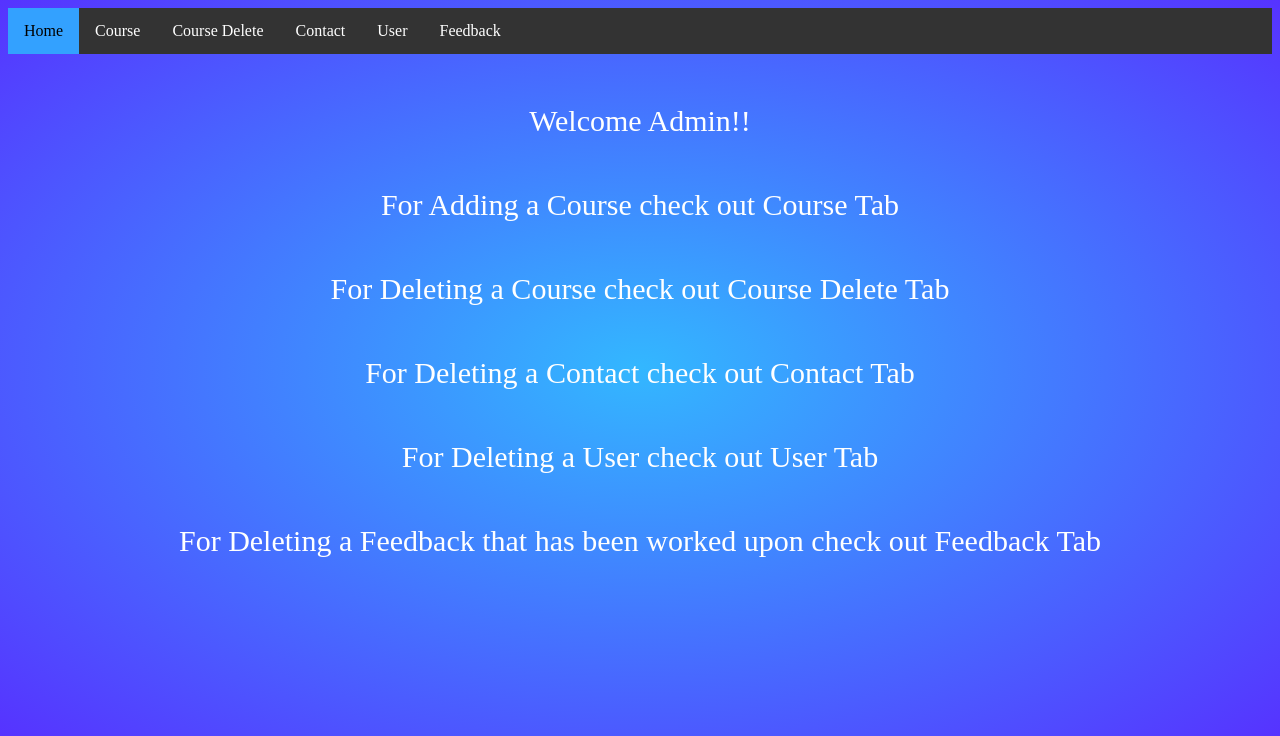
Repository: ShreyasG27/Amdocs-Training
Page: http://localhost/elearning-frontend/afterloginadm.jsp
These files come from the project's save history. The page is drawn as it stood at one moment and after the next save; the edit follows.
The browser window is 1280 px wide. The pictures show the whole page.
The page is served by Tomcat 9. Nobody is signed in. The application's start-up code is not run. Other server files are loaded and not shown.

Above is the page before, as saved 2021-08-22 19:57:24.

### elearning-frontend/WebContent/afterloginadm.jsp
<%@ page language="java" contentType="text/html; charset=ISO-8859-1"
    pageEncoding="ISO-8859-1"%>
<!DOCTYPE html PUBLIC "-//W3C//DTD HTML 4.01 Transitional//EN" "http://www.w3.org/TR/html4/loose.dtd">
<html>
<head>
<meta http-equiv="Content-Type" content="text/html; charset=ISO-8859-1">
<title>Admin Page</title>
<style>
body{
	background-image: radial-gradient(#33B7FF,#5633ff);
	color: white;
	height: 100vh;
}
.heading{
font-size:30px;
margin-top: 50px;
}
.submitbutton{
	margin-left:460px;
	padding:8px;
	font-size:20px;
	color: midnightblue;
	background-color:lightblue;
	border-radius:5px;
	margin-top: 20px;
}
.submitbutton:hover{
	margin-left:460px;
	padding:8px;
	font-size:20px;
	color: midnightblue;
	background-color:cyan;
	border-radius:5px;
	margin-top: 20px;
}
.inputfld{
	margin-left: 430px;
	padding: 5px;
	broder-radius:10px;
	font-size:12px;
	width:30%;
}
.inputfld1{
	margin-left: 420px;
	padding: 5px;
	broder-radius:10px;
	font-size:12px;
	width:30%;
}
.inputfld2{
	margin-left: 438px;
	padding: 5px;
	broder-radius:10px;
	font-size:12px;
	width:30%;
}
.txtfld{
	font-size:20px;
	margin-left:440px;
}
ul {
  list-style-type: none;
  margin: 0;
  padding: 0;
  overflow: hidden;
  background-color: #333;
  width:100%;
}

li {
  float: left;
}

li a {
  display: block;
  color: white;
  text-align: center;
  padding: 14px 16px;
  text-decoration: none;
}

li a:hover:not(.active) {
  background-color: #111;
}

.active {
  background-color: #33A1FF;
  color: black;
}
</style>
</head>
<body>
<ul>
  <li><a class="active" href="afterloginadm.jsp">Home</a></li>
  <li><a href="course.jsp">Course</a></li>
  <li><a href="coursedisp.jsp">Course Delete</a></li>
  <li><a href="contactdisplay.jsp">Contact</a></li>
  <li><a href="userdisplay.jsp">User</a></li>
  <li><a href="feedbackdisplay.jsp">Feedback</a></li>
</ul>

<center><p class="heading">Welcome Admin!!</p></center>
<center><p class="heading">For Adding a Course check out Course Tab</p></center>
<center><p class="heading">For Deleting a Course check out Course Delete Tab</p></center>
<center><p class="heading">For Deleting a Contact check out Contact Tab</p></center>
<center><p class="heading">For Deleting a User check out User Tab</p></center>
<center><p class="heading">For Deleting a Feedback that has been worked upon check out Feedback Tab</p></center>
</body>
</html>

After the next save:
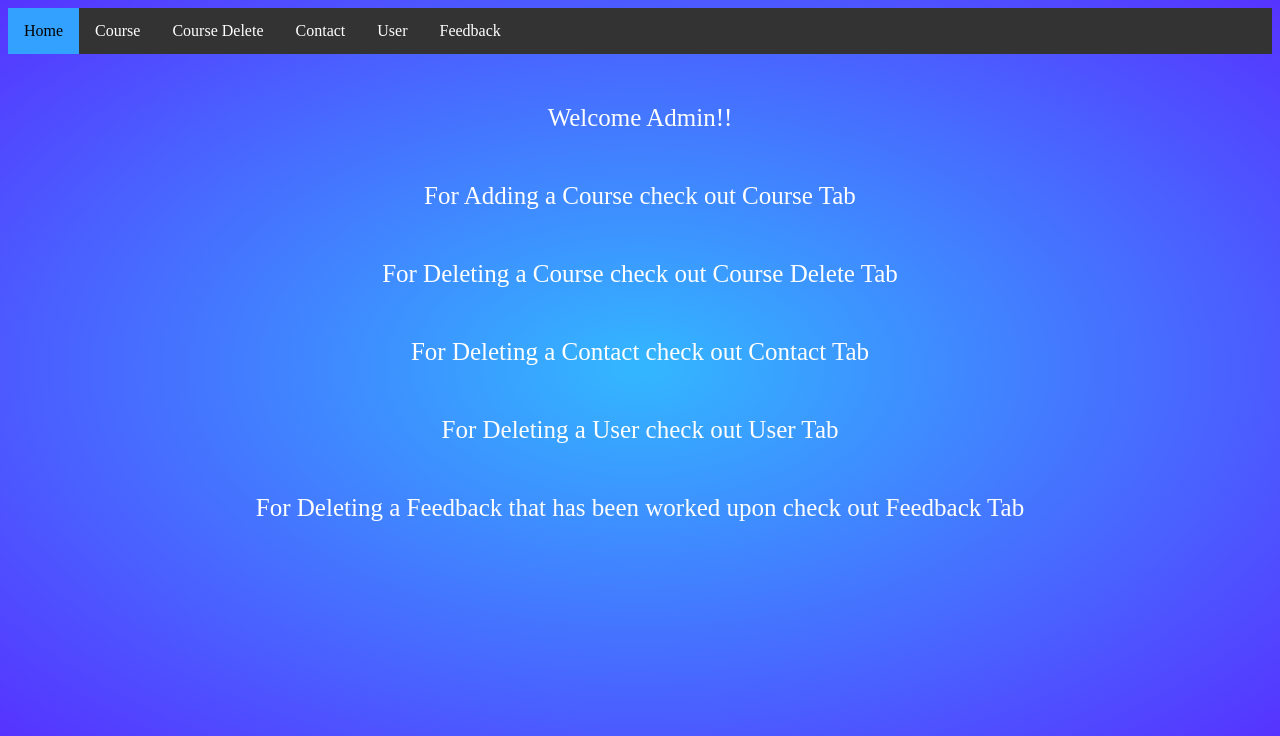
Saved 19 s later.
--- a/elearning-frontend/WebContent/afterloginadm.jsp
+++ b/elearning-frontend/WebContent/afterloginadm.jsp
@@ -12,7 +12,7 @@ body{
 	height: 100vh;
 }
 .heading{
-font-size:30px;
+font-size:25px;
 margin-top: 50px;
 }
 .submitbutton{
